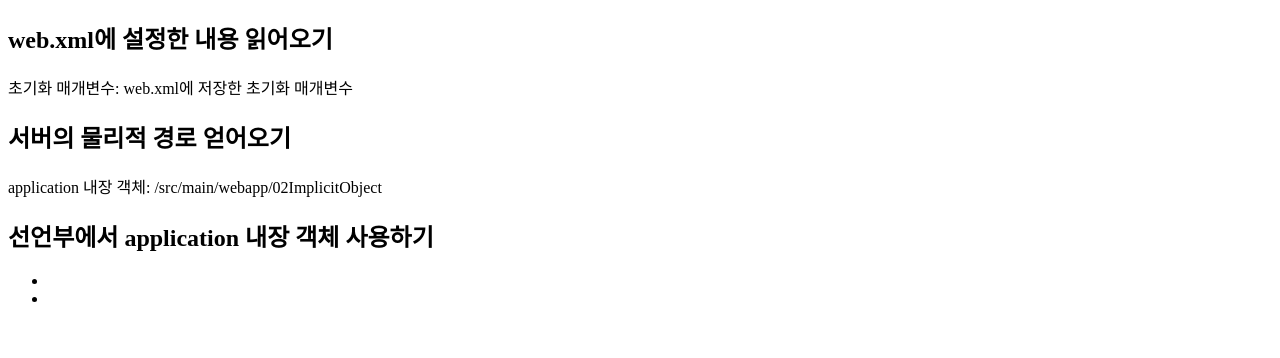
Repository: bhj305/JSP_Servlet
Page: http://localhost/MustHaveJSP/02ImplicitObject/ApplicationMain.jsp
An editor plug-in stored every save of this project. The page is shown before and after the next save, followed by the edit.
The browser window is 1280 px wide. The pictures show the whole page.
The page is served by Tomcat 10.

Above is the page before, as saved 2025-05-07 01:15:37.

After the next save:
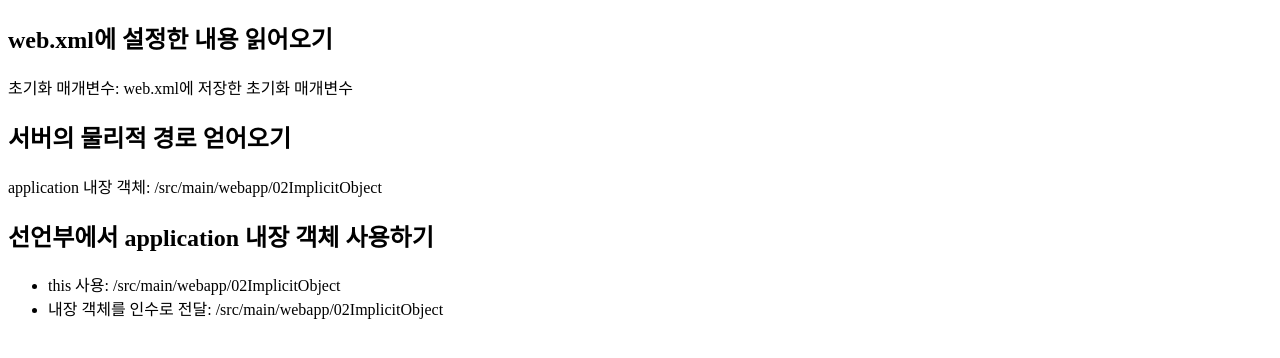
Saved 45 s later.
--- a/MustHaveJSP/src/main/webapp/02ImplicitObject/ApplicationMain.jsp
+++ b/MustHaveJSP/src/main/webapp/02ImplicitObject/ApplicationMain.jsp
@@ -24,8 +24,8 @@
 
 		%>
 		<ul>
-			<li></li>
-			<li></li>
+			<li>this 사용: <%= useImplicitObject() %></li>
+			<li>내장 객체를 인수로 전달: <%= useImplicitObject() %></li>
 		</ul>
 
 	</body>
